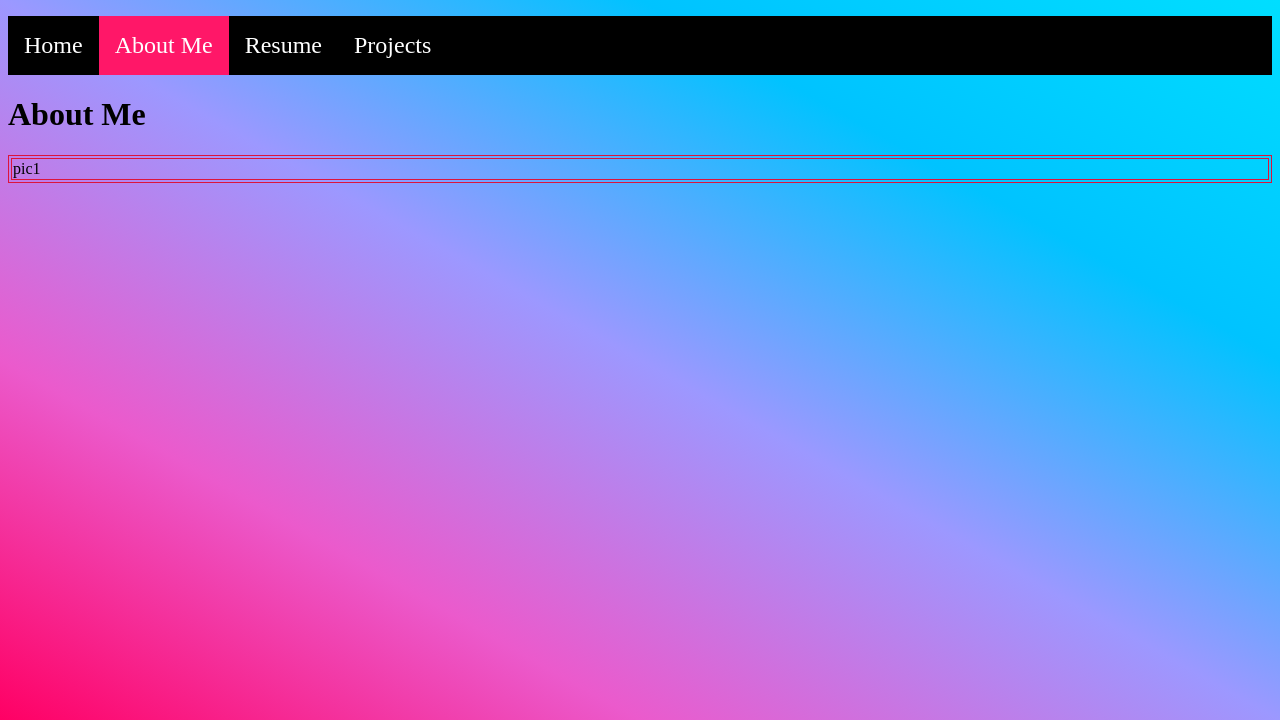
Repository: Zatarain10/Zatarain10.github.io
Page: aboutme.html
The author's editor kept a record of every edit. The page is drawn from the files as they stood at one moment, then again after the next edit.
The browser window is 1280 px wide. The pictures show the whole page.

Above is the page before.

After the next edit:
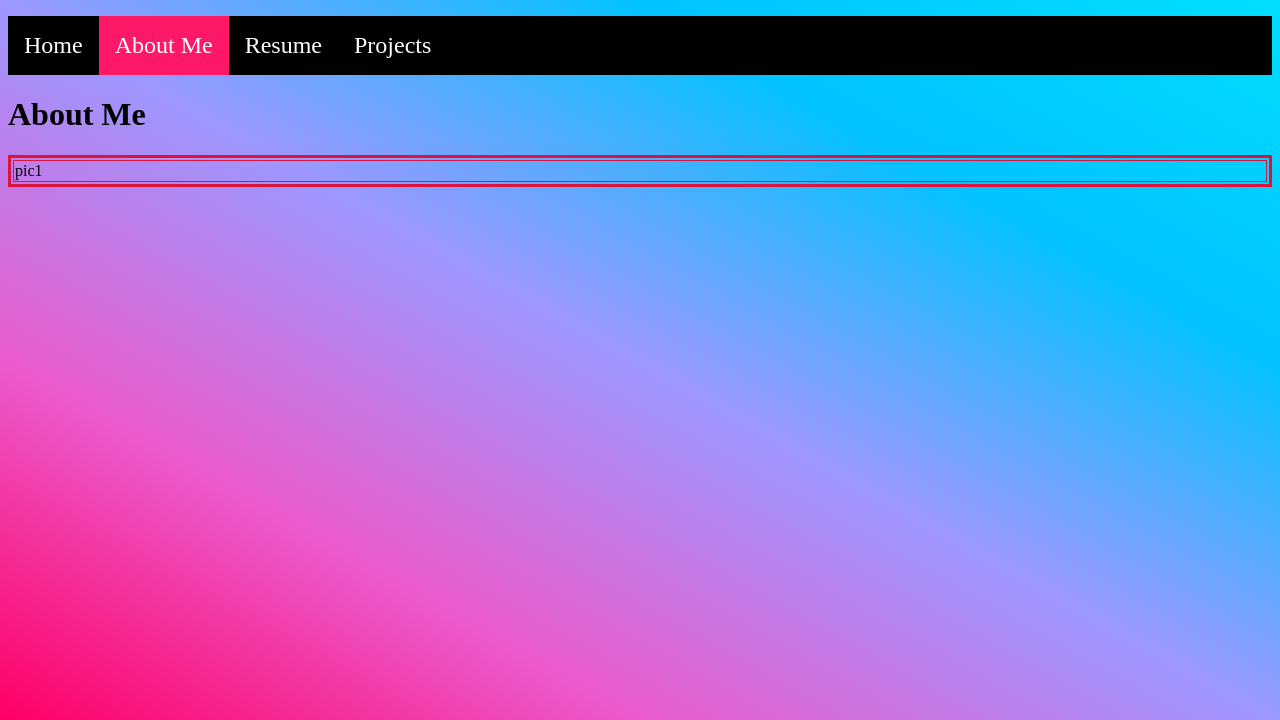
The edit:
--- a/style.css
+++ b/style.css
@@ -50,8 +50,8 @@
             background: linear-gradient(to right top, #ff0064, #eb5acc, #9c98ff, #00c3ff, #00deff);
         }
 
-        table, th, td{
-            border: 1px solid crimson;
+        table{
+            border: 3px solid crimson;
             width: 100%;
             height: 75%;
         }
